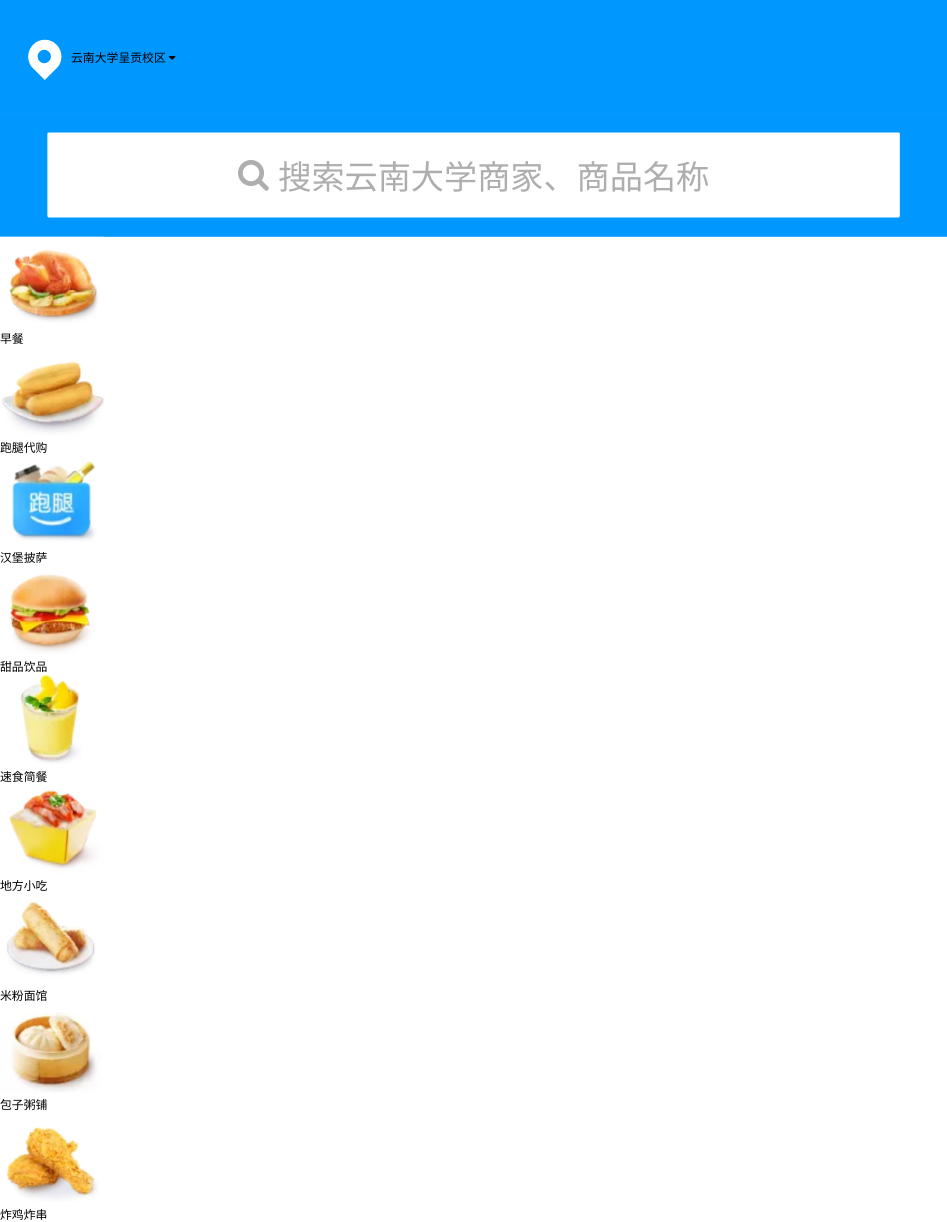
Repository: F000top/ele
Page: index.html
The author's editor kept a copy of each file at every save. The page is drawn from the files as they stood at one save, then again after the next save.
The browser window is 1280 px wide. The pictures show the whole page, at 74% of full size.

Above is the page before, as saved 2022-06-07 21:29:38.

### index.html
<!DOCTYPE html>
<html lang="en">
<head>
    <meta charset="UTF-8">
    <!-- 移动端网页必备 -->
    <meta name="viewport" content="width=device-width,initial-scale=1">
    <!-- 导入一些库文件 -->
    <link href="framework/font-awesome/css/font-awesome.min.css" rel="stylesheet">
    <link href="framework/reset.css" rel="stylesheet">
    <link href="framework/icon.css" rel="stylesheet">
    <link href="css/index.css" rel="stylesheet">


    <meta http-equiv="X-UA-Compatible" content="IE=edge">
    <meta name="viewport" content="width=device-width, initial-scale=1.0">
    <title>云南大学校园外卖平台</title>
</head>
<body>
    <!-- 总容器 ，wrapper是包装器的意思-->
    <div class="wrapper">

        <!-- header部分 -->
        <header>
            <div class="icon-location-box">

                <div class="icon-location"></div>
            </div>

            <div>云南大学呈贡校区 <i class="fa fa-caret-down"></i></div>
        </header>

        <!-- search部分 -->
			<!--
			    搜索框部分（此块与search-fixed-top块宽度高度一致，用于当
				search-fixed-top块固定后，挡住下面块不要窜上去）
			-->
			<div class="search">
				<!-- 当滚动条超过上面的定位块时，search-fixed-top块变成固定在顶部。 -->
				<div class="search-fixed-top" id="fixedBox">
					<!-- 搜索框部分中间的白框 -->
					<div class="search-box">
						<i class="fa fa-search"></i>搜索云南大学商家、商品名称
					</div>
				</div>
			</div>

            <!-- 点餐分类部分 -->

             <ul class="foodtype">
               <li>
                   <img src="img/dcfl01.png">
                   <p>早餐</p>
               </li>

            <li>
                <img src="img/dcfl02.png">
                <p>跑腿代购</p>
            </li>

            <li>
                <img src="img/dcfl03.png">
                <p>汉堡披萨</p>
            </li>

            <li>
                <img src="img/dcfl04.png">
                <p>甜品饮品</p>
            </li>

            <li>
                <img src="img/dcfl05.png">
                <p>速食简餐</p>
            </li>

            <li>
                <img src="img/dcfl06.png">
                <p>地方小吃</p>
            </li>

            <li>
                <img src="img/dcfl07.png">
                <p>米粉面馆</p>
            </li>

            <li onclick="location.href='businessList.html'">
                <img src="img/dcfl09.png">
                <p>包子粥铺</p>
            </li>
            <li onclick="location.href='businessList.html'">
                <img src="img/dcfl10.png">
                <p>炸鸡炸串</p>
            </li>


             </ul>










    </div>
</body>
</html>

### framework/reset.css
/***************** CSS重置 *******************/
/* 开发自己想要的东西 */
html,body,div,span,h1,h2,h3,h4,h5,h6,ul,ol,li,p{
	margin: 0;
	padding: 0;
}

html,body{
	width: 100%;
	height: 100%;
	font-family: "幼圆";

}

ul,ol{
	list-style: none;

}

/* 标签 */
a{
	text-decoration: none;
}

### framework/icon.css
/**
 * location 定位小图标
 * 说明：使用div标签，加上icon-location类样式即可。
 *       但需要放置在一个容器中，调整容器大小，图标能自适应容器大小。
 * 示例：
 * <div class="icon-location-box">
 *     <div class="icon-location"></div>
 * </div>
 */
.icon-location {
	position: relative;
	width: 100%;
	height: 100%;
	border-radius: 50% 50% 50% 0;
	background: #fff;
	transform: rotate(-45deg);
}
.icon-location:after {
	content: '';
	width: 40%;
	height: 40%;
	margin: 30% 0 0 29%;
	background-color: #0097FF;
	position: absolute;
	border-radius: 50%;
}

### css/index.css
/* 总容器 */
.wrapper{
    width: 100%;
    height: 100%;
}
/* vw就是当前屏幕宽度的1% */
/* 头部header */
.wrapper header{
    width: 100%;
    height: 12vw;
    background-color: #0097ff;

    display: flex;
    align-items: center;
}

.wrapper header .icon-location-box{
    width: 3.5vw;
    height: 3.5vw;
    margin: 0 1vw 0 3vw;
}

.wrapper head.location-text{
    font-size: 4.5vw;
    font-weight: 700;
    color: rgba(24, 216, 168, 0.13);
}

.wrapper header .location-text.fa-caret-down{
    margin: left 1vw; ;
}


/* search部分 */

/****************** search ******************/
.wrapper .search{
	width: 100%;
	height: 13vw;
}
.wrapper .search .search-fixed-top{
	width: 100%;
	height: 13vw;
	background-color: #0097FF;
	display: flex;
	justify-content: center;
	align-items: center;
}
.wrapper .search .search-fixed-top .search-box{
	width: 90%;
	height: 9vw;
	background-color: #fff;
	border-radius: 2px;

	display: flex;
	justify-content: center;
	align-items: center;

	font-size: 3.5vw;
	color: #AEAEAE;
	font-family: "宋体";
	/*此样式是让文本选中状态无效*/
	user-select: none;
}
.wrapper .search .search-fixed-top .search-box .fa-search{
	margin-right: 1vw;
}



/* 点餐分类部分的css */

.wrapper.foodtype{
    width: 100%;
    height: 48vw;

    display: flex;
    flex-wrap:wrap ;

}

Loaded but not shown: framework/font-awesome/css/font-awesome.min.css (library)

After the next save:
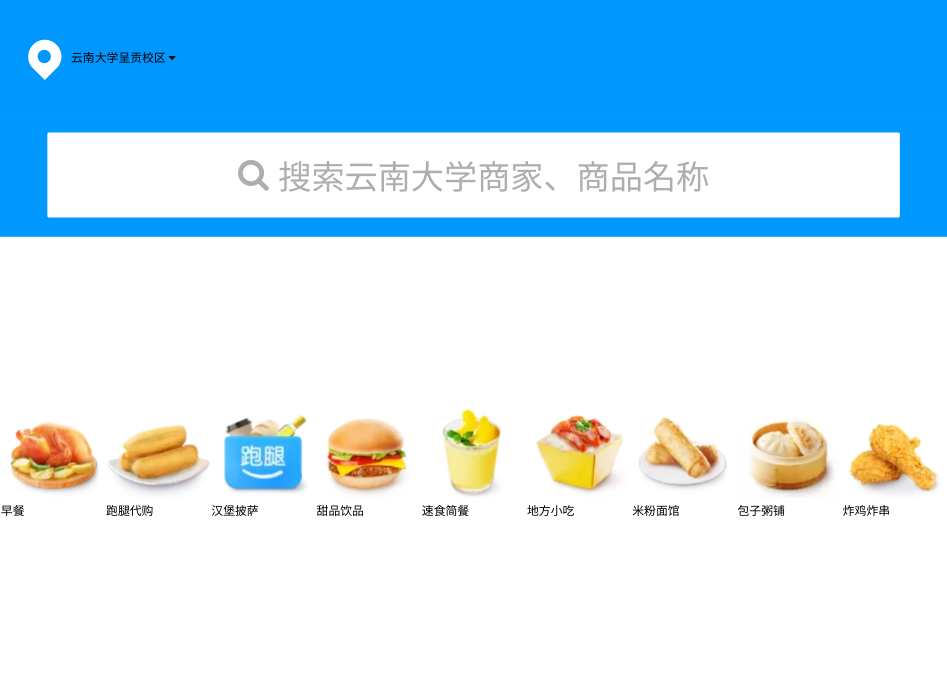
Saved 17 s later.
--- a/css/index.css
+++ b/css/index.css
@@ -70,11 +70,13 @@
 
 /* 点餐分类部分的css */
 
-.wrapper.foodtype{
-    width: 100%;
-    height: 48vw;
+.wrapper .foodtype{
+	width: 100%;
+	height: 48vw;
 
-    display: flex;
-    flex-wrap:wrap ;
-
+	display: flex;
+	flex-wrap: wrap;
+	justify-content: space-around;
+	/*要使用align-content。10个子元素将自动换行为两行，而且两行作为一个整体垂直居中*/
+	align-content: center;
 }
